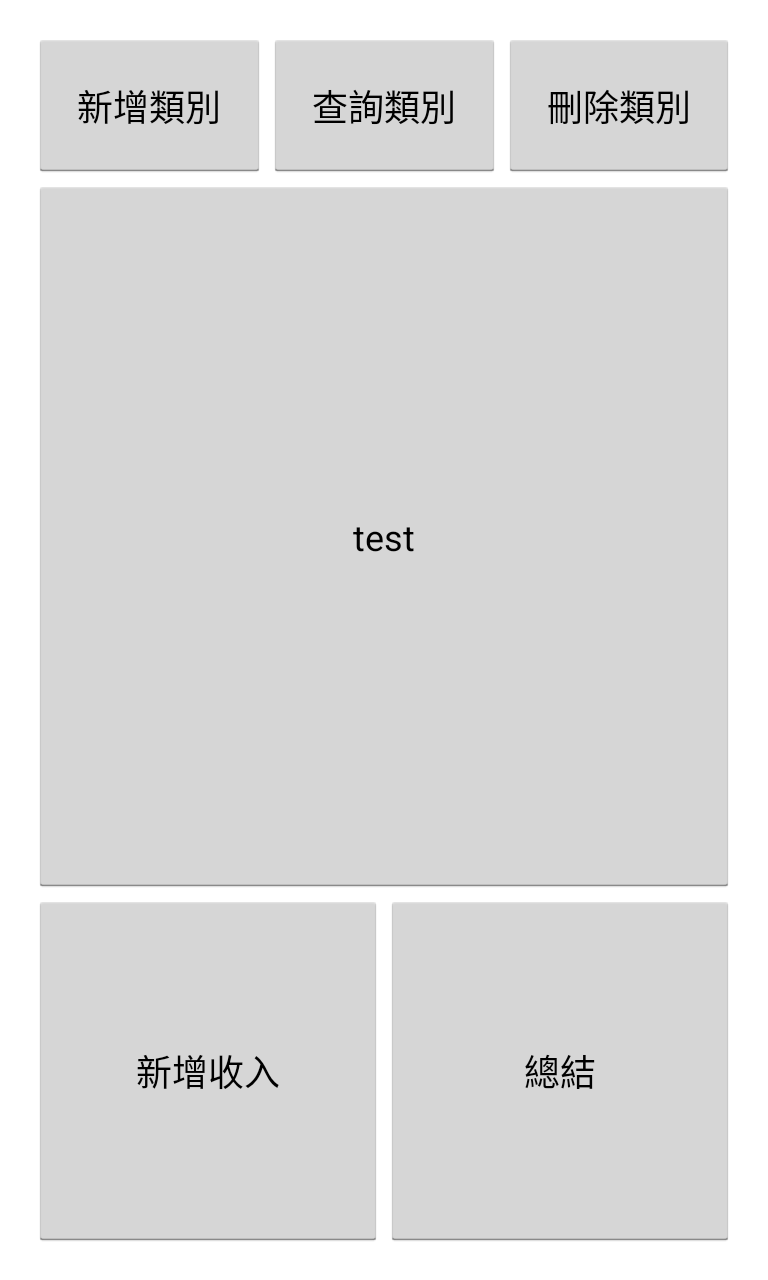
Repository: rayyrayy/Android-app-project
Layout: flashaccounting/easy money manager/res/layout/activity_main.xml
An editor plug-in stored every save of this project. The layout is shown before and after the next save, followed by the edit.
It is drawn on a 768 x 1280 px phone screen (xhdpi) without system bars, with theme AppTheme; the app's code is not run.

Above is the layout before, as saved 2014-11-03 03:10:30.

After the next save:
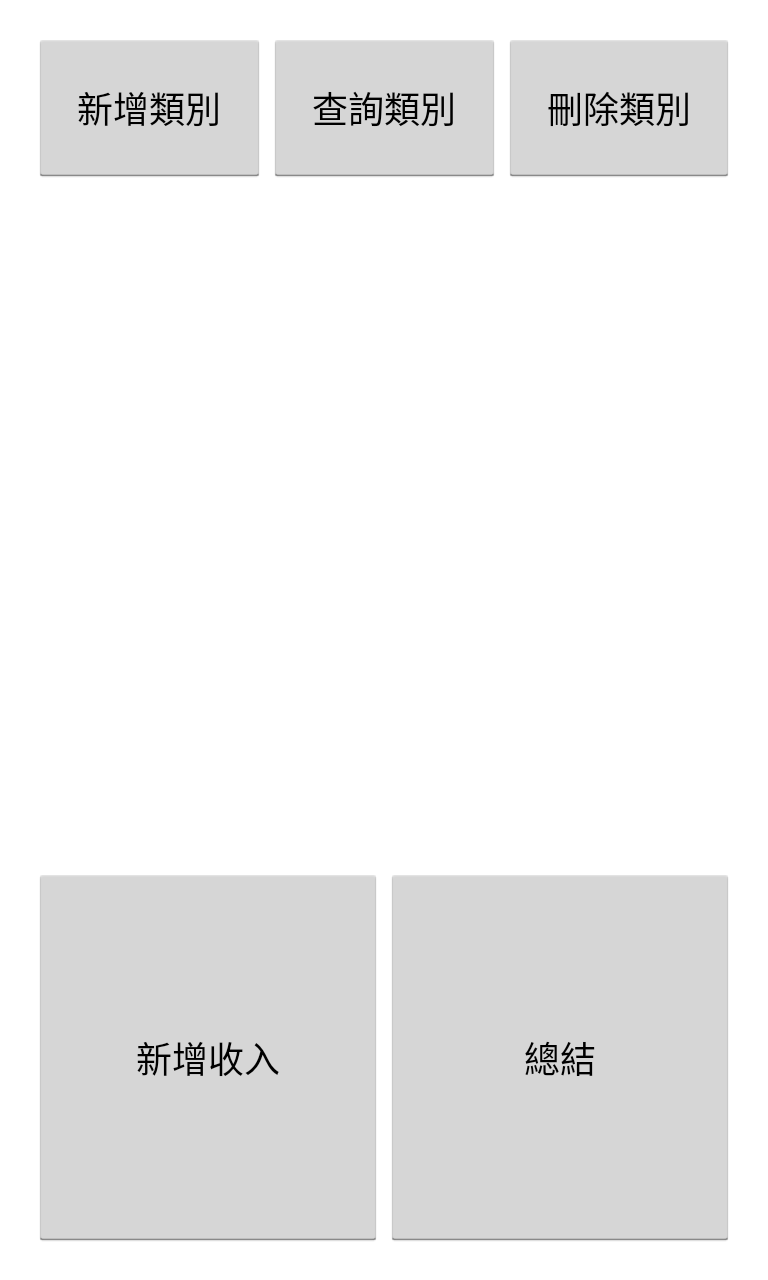
Saved 15 min 34 s later.
--- a/flashaccounting/easy money manager/res/layout/activity_main.xml
+++ b/flashaccounting/easy money manager/res/layout/activity_main.xml
@@ -65,35 +65,31 @@
 
 	</LinearLayout>
 
-   	<LinearLayout
-    android:layout_width="fill_parent"
-    android:layout_height="wrap_content"
-   	android:layout_weight="12"
-   	android:orientation="horizontal">
+   		<LinearLayout
+    	android:layout_width="fill_parent"
+    	android:layout_height="wrap_content"
+   		android:layout_weight="12"
+   		android:orientation="horizontal">
+    	<LinearLayout
+    	android:layout_width="fill_parent"
+    	android:layout_height="wrap_content"
+   		android:layout_weight="12"
+   		android:orientation="horizontal">
+    	</LinearLayout>
+    	<LinearLayout
+    	android:layout_width="fill_parent"
+    	android:layout_height="wrap_content"
+   		android:layout_weight="12"
+   		android:orientation="horizontal">
+   	    </LinearLayout>
+   		<LinearLayout
+  		android:layout_width="fill_parent"
+  		android:layout_height="wrap_content"
+  	 	android:layout_weight="12"
+   		android:orientation="horizontal">
 
-	    <GridLayout
-  	      android:id="@+id/gridLayout1"
-	      android:layout_width="fill_parent"
- 	      android:layout_height="fill_parent"
- 	      android:columnCount="3"
-  	      android:orientation="horizontal"
-  	      android:stretchMode="spacingWidthUniform"
-  	      android:rowCount="3">
 
-	        <Button
-        	android:id="@+id/test"
-        	android:layout_width="match_parent"
-        	android:layout_height="match_parent"
-        	android:text="test" />
-
-	        <Button
-        	android:id="@+id/test2"
-        	android:layout_width="match_parent"
-        	android:layout_height="match_parent"
-        	android:layout_gravity="fill_vertical"
-        	android:text="test2" />
-
- 	   </GridLayout>
+    </LinearLayout>
 
     </LinearLayout>
 
